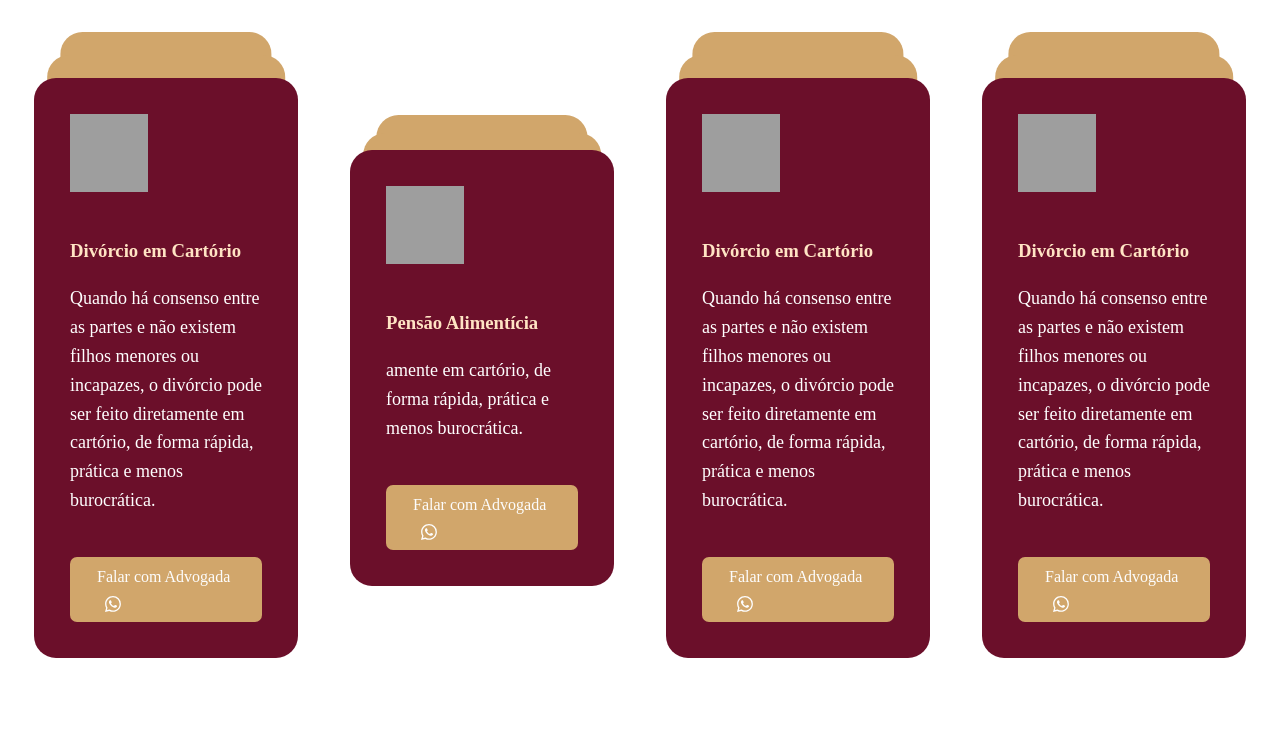
Repository: EmanuelVieiira/landing-page-advocacia
Page: teste.html
An editor plug-in stored every save of this project. The page is shown before and after the next save, followed by the edit.
The browser window is 1280 px wide. The pictures show the whole page.
Pictures or frames that could not be fetched are drawn as grey boxes.

Above is the page before, as saved 2026-02-05 15:39:50.

After the next save:
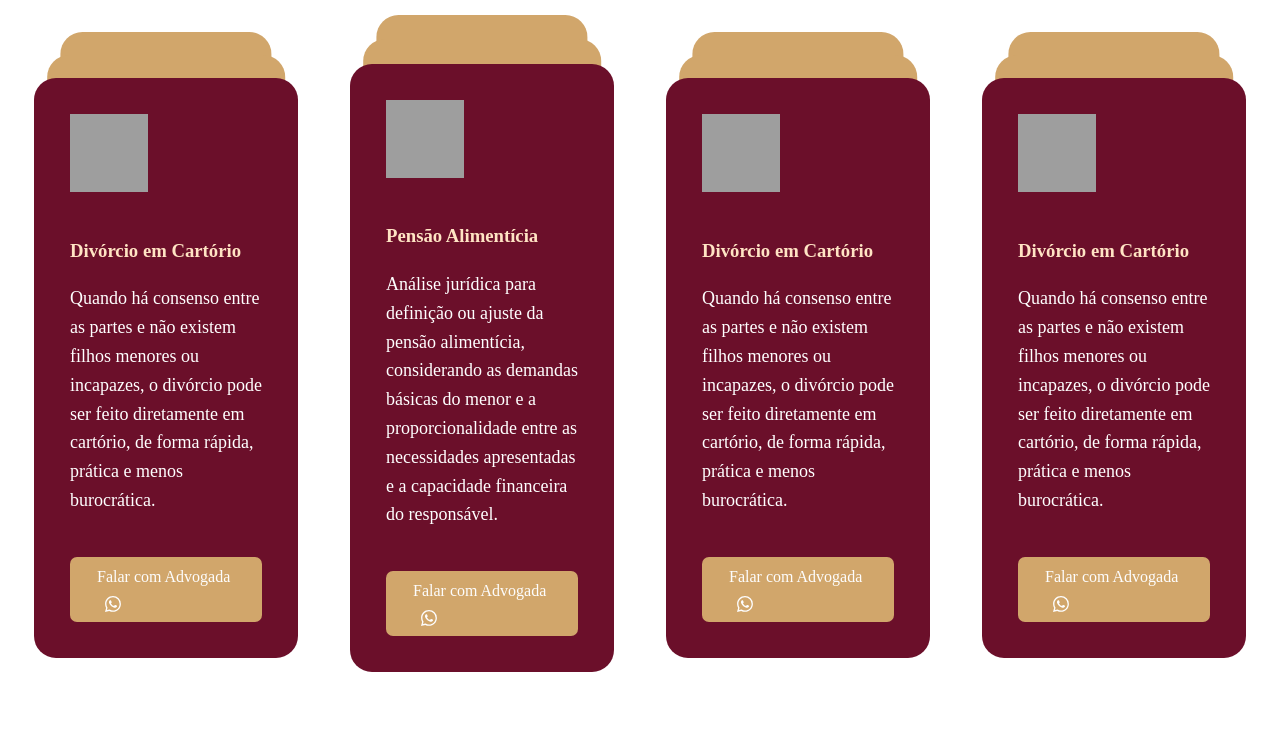
Saved 5 s later.
--- a/teste.html
+++ b/teste.html
@@ -168,7 +168,7 @@
         <h3>Pensão Alimentícia</h3>
 
     <p class="para">
-     amente em cartório, de forma rápida, prática e menos burocrática.
+     Análise jurídica para definição ou ajuste da pensão alimentícia, considerando as demandas básicas do menor e a proporcionalidade entre as necessidades apresentadas e a capacidade financeira do responsável.
     </p></div>
     <a href="https://wa.me/5511999999999" target="_blank" class="btn-whatsapp">
                         <span>
